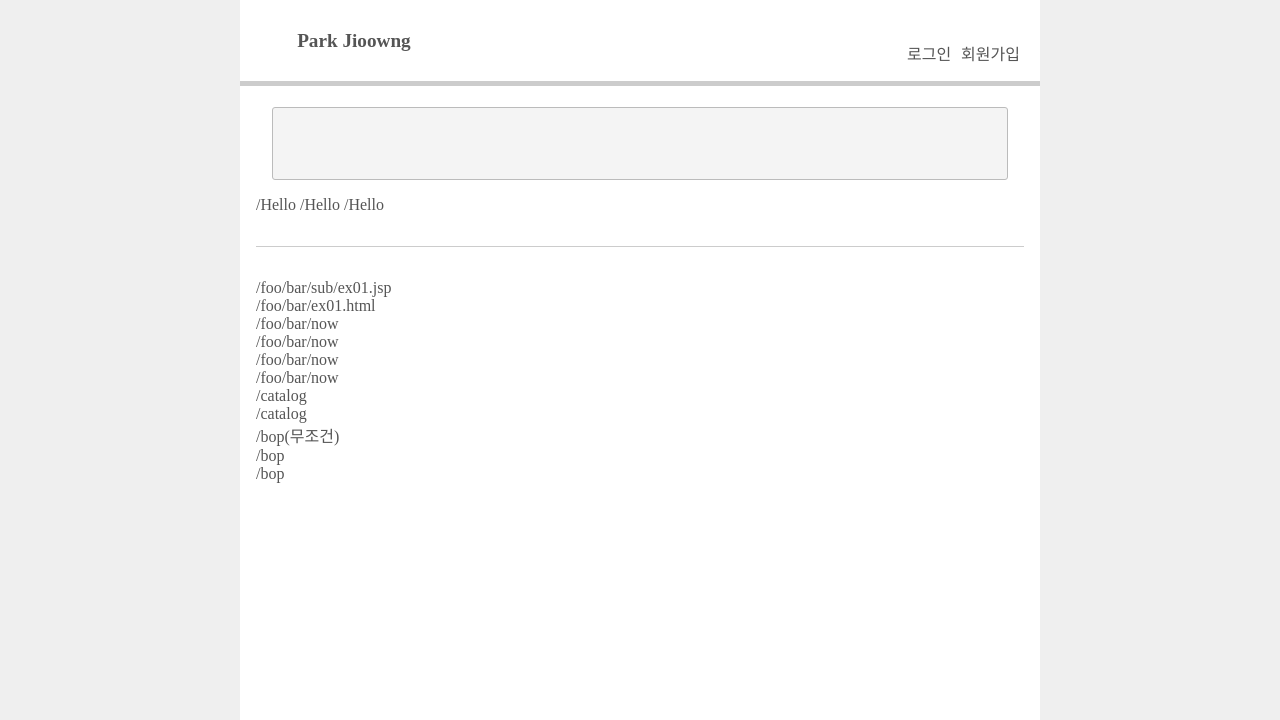
Repository: park-jiwoong/webClass
Page: webPro/src/main/webapp/JSPClass/jspPro/src/main/webapp/days02/ex01.html
These files come from the project's save history. The page is drawn as it stood at one moment and after the next save; the edit follows.
The browser window is 1280 px wide. The pictures show the whole page.
Some web fonts or font styles are not loaded; a fallback is used.

Above is the page before, as saved 2025-05-22 08:16:02.

After the next save:
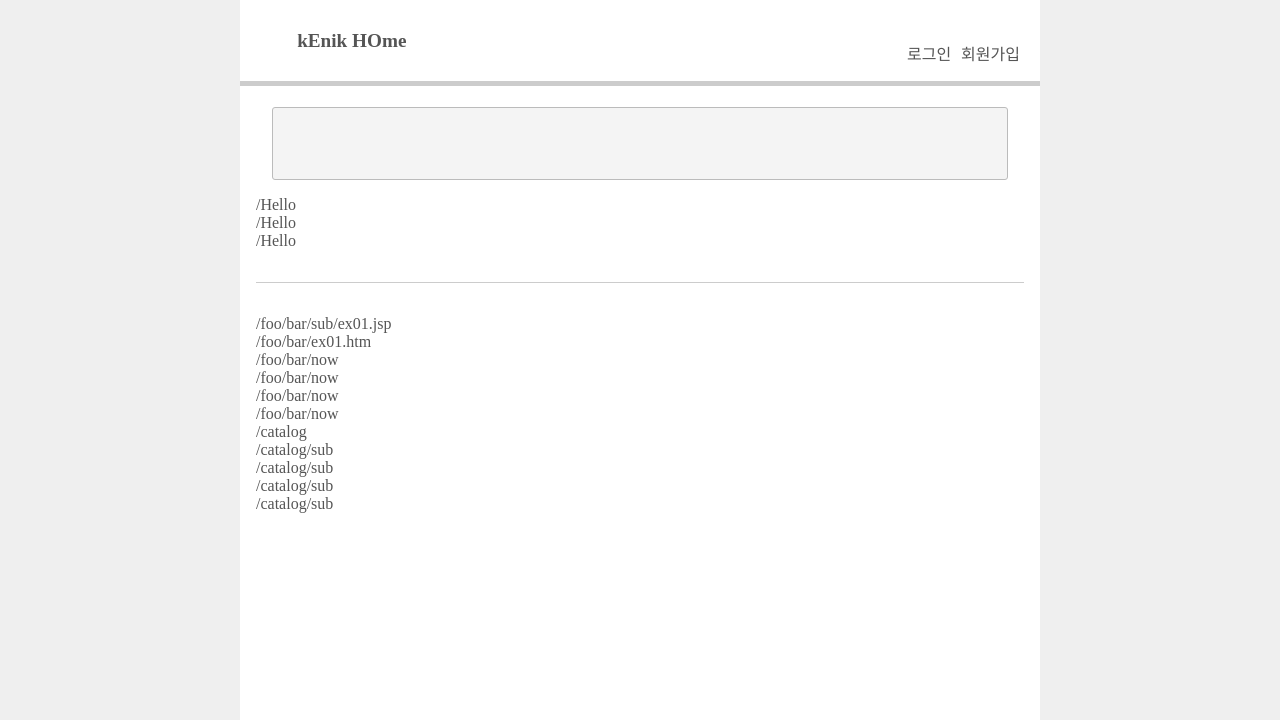
Saved 13 s later.
--- a/webPro/src/main/webapp/JSPClass/jspPro/src/main/webapp/days02/ex01.html
+++ b/webPro/src/main/webapp/JSPClass/jspPro/src/main/webapp/days02/ex01.html
@@ -3,10 +3,10 @@
 <head>
 <meta charset="UTF-8">
 <meta name="viewport" content="width=device-width, initial-scale=1.0">
-<title>2025. 5. 21. 오전 9:51:45</title>
-<link rel="shortcut icon" type="image/x-icon" href="/jspPro/images/SiSt.ico">
-<link rel="stylesheet" href="/jspPro/resources/cdn-main/example.css">
-<script src="/jspPro/resources/cdn-main/example.js"></script>
+<title>2025. 5. 22. 오후 3:35:05</title>
+<link rel="shortcut icon" type="image/x-icon" href="http://localhost/webPro/images/SiSt.ico">
+<link rel="stylesheet" href="http://localhost/jspPro/resources/cdn-main/example.css">
+<script src="http://localhost/jspPro/resources/cdn-main/example.js"></script>
 <style>
  span.material-symbols-outlined{
     vertical-align: text-bottom;
@@ -15,7 +15,7 @@
 </head>
 <body>
 <header>
-  <h1 class="main"><a href="#" style="position: absolute;top:30px;">Park Jioowng</a></h1>
+  <h1 class="main"><a href="#" style="position: absolute;top:30px;">kEnik HOme</a></h1>
   <ul>
     <li><a href="#">로그인</a></li>
     <li><a href="#">회원가입</a></li>
@@ -26,28 +26,27 @@
 
   </xmp>
 
-	<a href="/jspPro/Hello">/Hello</a>
-	<a href="/jspPro/Hello?name=admin">/Hello</a>
-	<a href="/jspPro/Hello?name=홍길동">/Hello</a>
+  <a href="/jspPro/Hello">/Hello</a><br>
+  <a href="/jspPro/Hello?name=admin">/Hello</a><br>
+  <a href="/jspPro/Hello?name=홍길동">/Hello</a><br>
 
-	<hr>
+  <hr>
 
-	<a href="/jspPro/foo/bar/sub/ex01.jsp">/foo/bar/sub/ex01.jsp</a><br>
-	<a href="/jspPro/foo/bar/ex01.html">/foo/bar/ex01.html</a><br>
-	<a href="/jspPro/foo/bar/now">/foo/bar/now</a><br>
+  <a href="/jspPro/foo/bar/sub/ex01.jsp">/foo/bar/sub/ex01.jsp</a><br>
+  <a href="/jspPro/foo/bar/ex01.html">/foo/bar/ex01.htm</a><br>
+  <a href="/jspPro/foo/bar/now">/foo/bar/now</a><br>
 
-	<a href="/jspPro/baz/bar/now">/foo/bar/now</a><br>
-	<a href="/jspPro/baz/bar/ex01.html">/foo/bar/now</a><br>
-	<a href="/jspPro/baz/bar/now">/foo/bar/now</a><br>
+  <a href="/jspPro/baz/bar/now">/foo/bar/now</a><br>
+  <a href="/jspPro/baz/ex.html">/foo/bar/now</a><br>
+  <a href="/jspPro/baz/foo/bar/now.jsp">/foo/bar/now</a><br>
 
-	<a href="/jspPro/catalog">/catalog</a><br>
-	<a href="/jspPro/catalog/sub">/catalog</a><br>
-
-	<a href="/jspPro/catalog/sub.bop">/bop(무조건)</a><br>
-	<a href="/jspPro/catalog.bop">/bop</a><br>
-	<a href="/jspPro/catalog/sub/days02/ex01.bop">/bop</a><br>
+  <a href="/jspPro/catalog">/catalog</a><br>
+  <a href="/jspPro/catalog/sub">/catalog/sub</a><br>
 
 
+  <a href="/jspPro/catalog/sub.bop">/catalog/sub</a><br>
+  <a href="/jspPro/catalog.bop">/catalog/sub</a><br>
+  <a href="/jspPro/catalog/sub/days02/ex01.bop">/catalog/sub</a><br>
 
 </div>
 </body>
